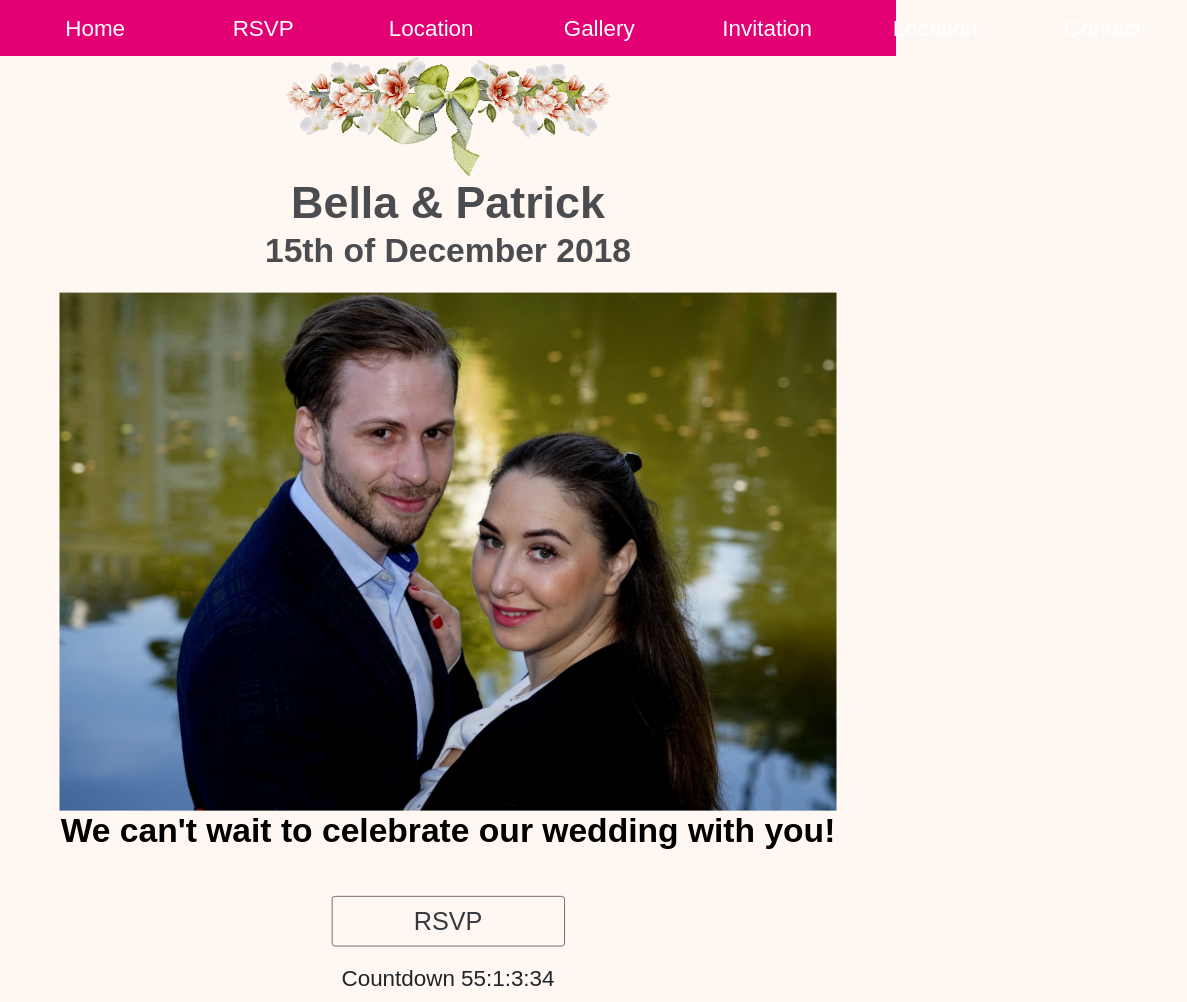
Repository: PMeiler/weddingApp
Page: http://localhost/
The author's editor kept a record of every edit. The page is drawn from the files as they stood at one moment, then again after the next edit.
The browser window is 1280 px wide. The page is 1696 px wide, so the pictures cover 1696 px, including what lies to the right of the window. The pictures show the whole page, at 70% of full size.
Some web fonts or font styles are not loaded; a fallback is used. The page is served by the project's Node server (index.js).

Above is the page before.

After the next edit:
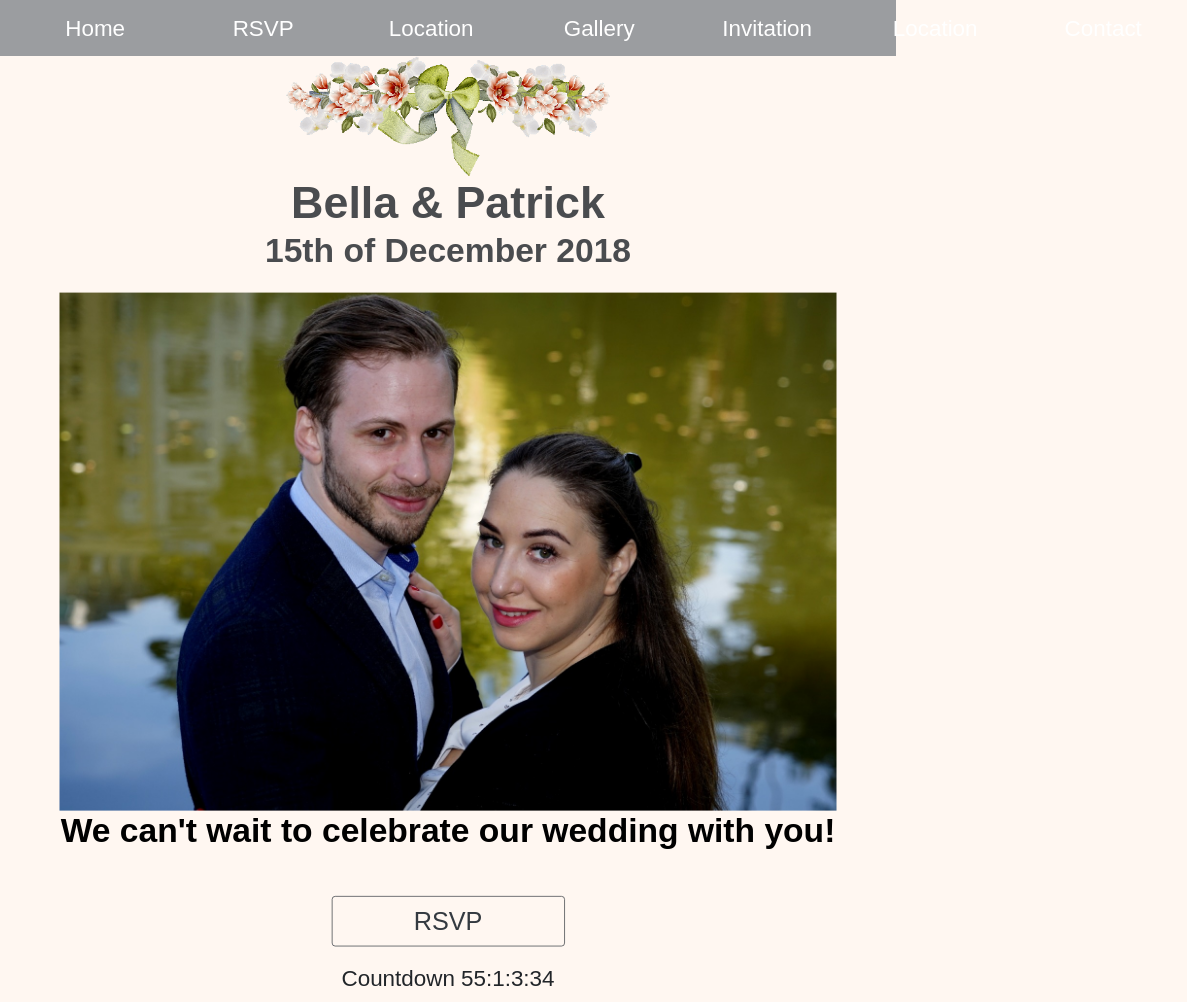
The edit:
--- a/public/CSS/style.css
+++ b/public/CSS/style.css
@@ -5,7 +5,7 @@
 }
 
 #navcolor{
-	background-color:rgba(226,0,116,1) !important;
+	background-color:rgba(155, 157, 160,1) !important;
 }
 
 #titleLine{
